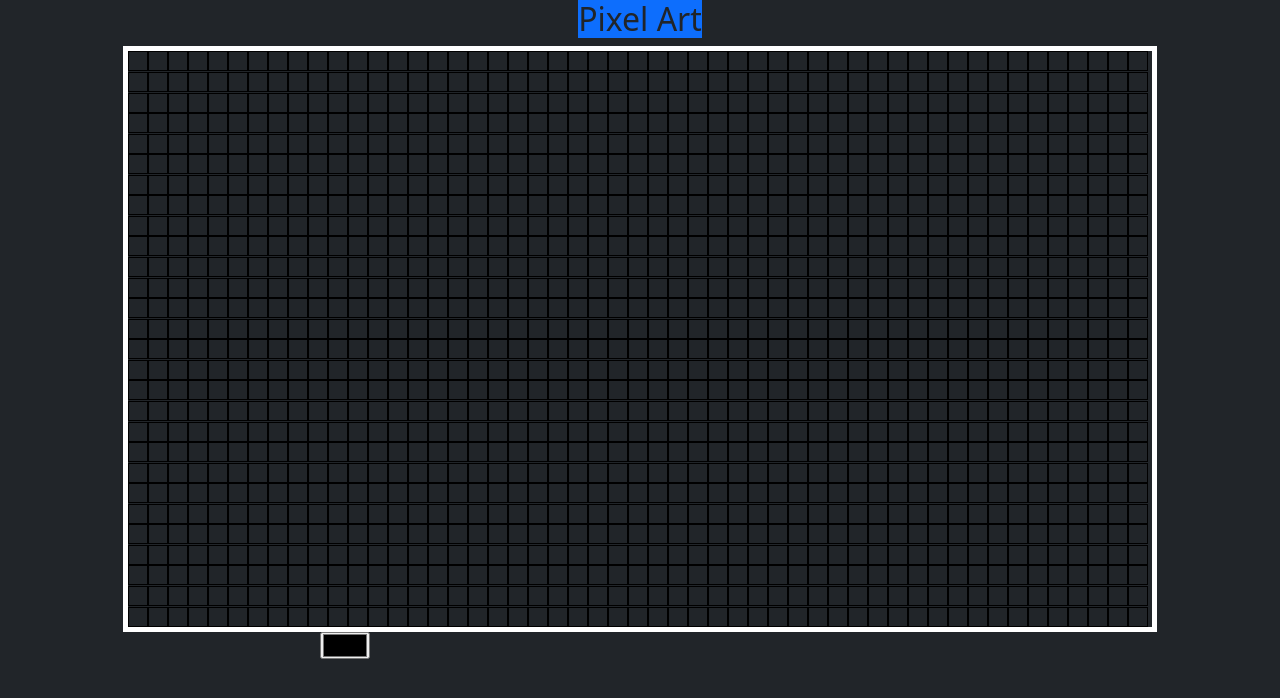
Repository: bechara611/pixelartdb
Page: /
An editor plug-in stored every save of this project. The page is shown before and after the next save, followed by the edit.
The browser window is 1280 px wide. The pictures show the whole page.
The project was rebuilt for these pictures with package versions that can differ from the ones it lists, and the page was loaded fresh each time. Also part of the build but not shown: vite.config.js.

Above is the page before, as saved 2023-03-07 11:36:54.

After the next save:
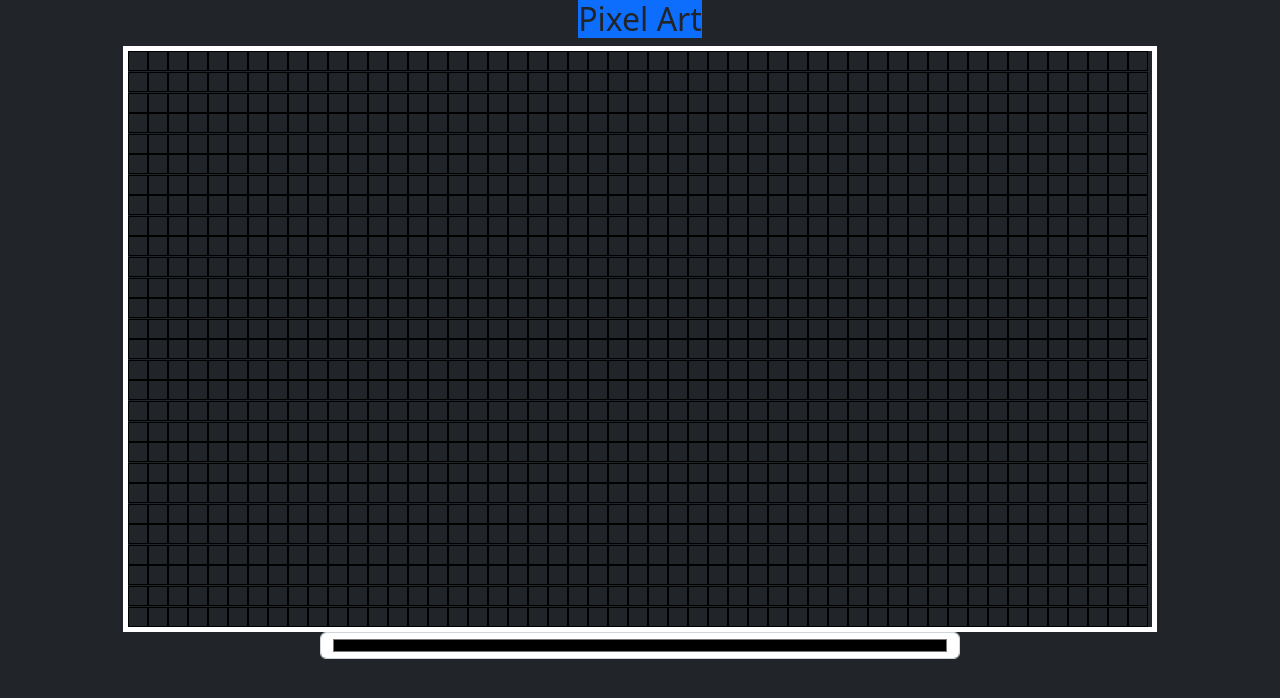
Saved 22 s later.
--- a/src/App.jsx
+++ b/src/App.jsx
@@ -80,7 +80,7 @@
         </div>
         <div className="col-12 contenedor-mayor">
         <div className="col-6">
-        <input type="color" />
+        <input type="color" className='form-control' />
         </div>
         </div>
       </div>

After the save that followed:
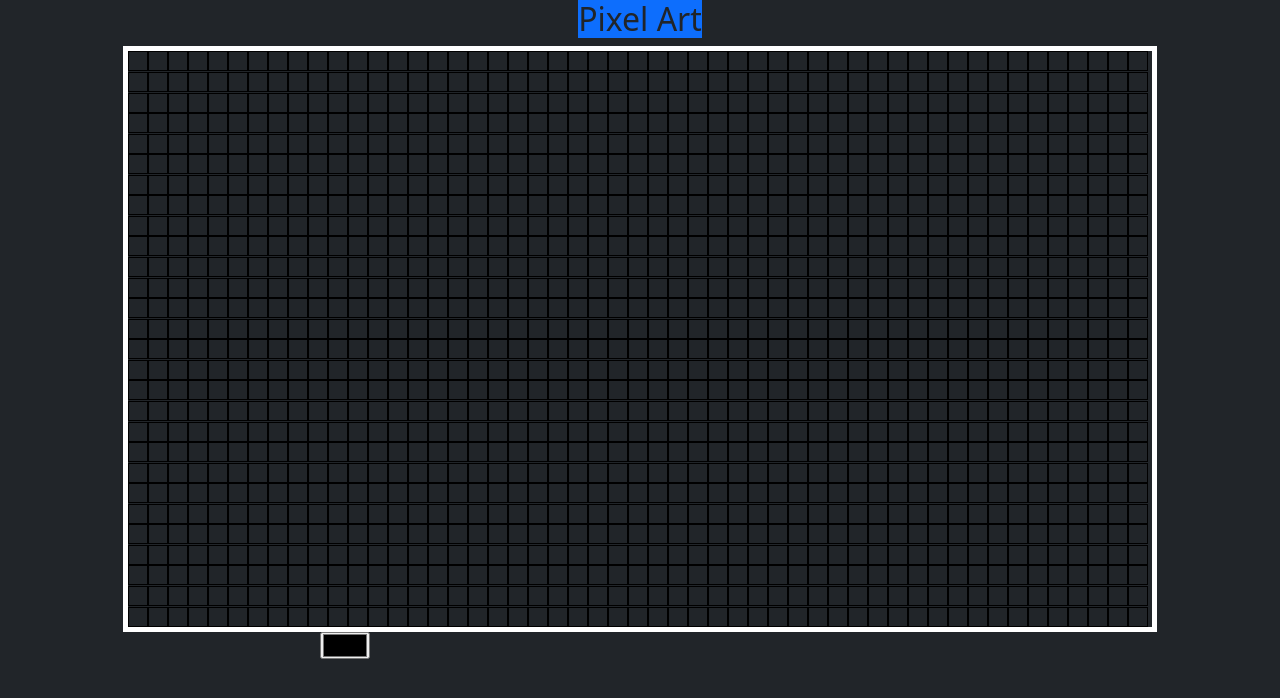
Saved 8 s later.
--- a/src/App.jsx
+++ b/src/App.jsx
@@ -80,7 +80,7 @@
         </div>
         <div className="col-12 contenedor-mayor">
         <div className="col-6">
-        <input type="color" className='form-control' />
+        <input type="color"  />
         </div>
         </div>
       </div>
